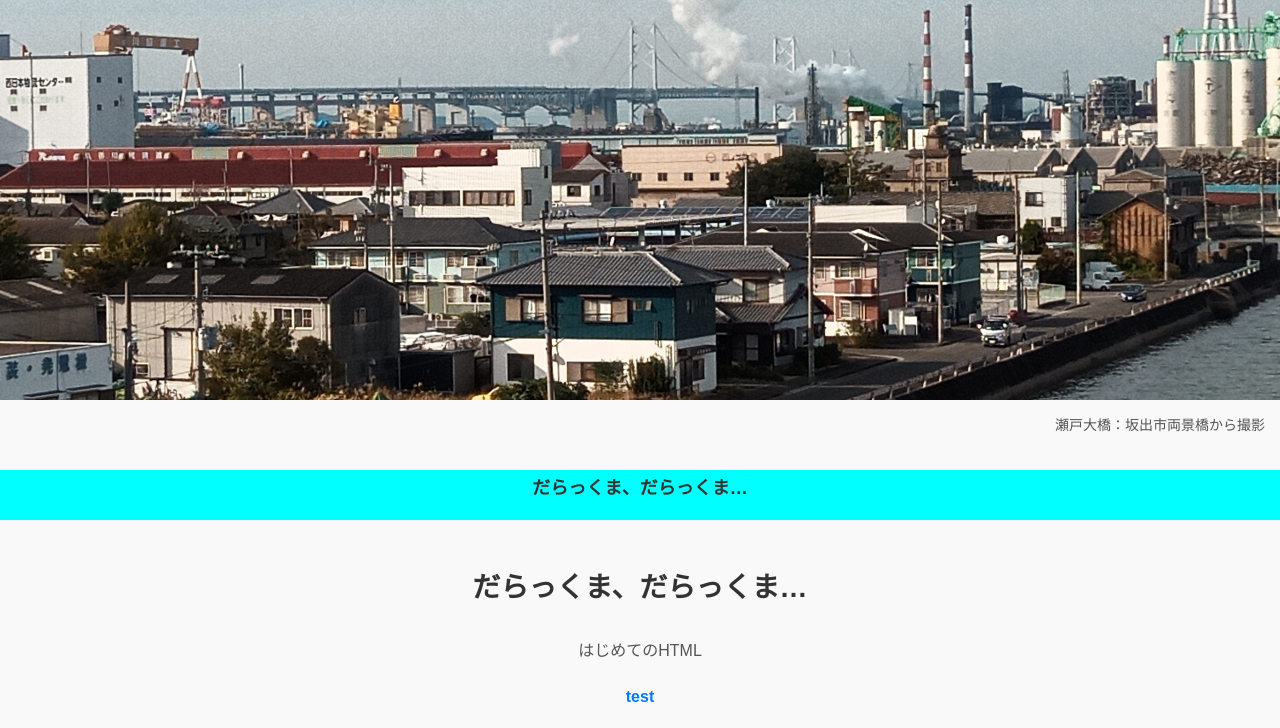
Repository: rydeen7907/html
Page: index.html
These files come from the project's save history. The page is drawn as it stood at one moment and after a run of saves; the edit follows.
The browser window is 1280 px wide. The pictures show the whole page.

Above is the page before, as saved 2025-04-26 18:12:30.

### index.html
<!DOCTYPE html>
<html lang="ja">
<head>
    <meta charset="UTF-8">
    <meta name="viewport" content="width=device-width, initial-scale=1.0">
    <title>だらっくまのサイト</title>
    <!-- スタイルシートの読み込み -->
    <link rel="stylesheet" href="style.css">
    <style>
        /* 基本的なスタイル */
        body {
                font-family: Arial, sans-serif;
                margin: 0;
                padding: 0;
                background-color: #f9f9f9;
                text-align: center;
        }
        /* ヘッダー画像 */
        .header-image {
            width: 100%;
            max-width: auto;
            height: 400px; /* width に合わせて高さを自動調整 */
            display: block; /* 中央配置 */
            margin: 0 auto; /* 中央配置 */
            object-fit: cover; /* 画像の比率を維持 */
        }

        /* 画像の説明文 */
        .image-caption {
            text-align: right; /* 右配置 */
            font-size: 14px; /* フォントサイズ */
            padding-right: 15px; /* 右側の余白 */
            color: #555; /* 文字色 */
            margin-top: 5px; /* 上部のマージン */
            margin-bottom: 25px; /* 下部のマージン */
        }

        /* メイン h1 */
        h1 {
            text-align: center; /* 中央配置 */
            color: #333; /* 文字色 */
            margin: 20px 0; /* 上下のマージン */
            margin-top: 40px; /* 上部のマージン */
            margin-bottom: 20px; /* 下部のマージン */
            font-size: 28px; /* フォントサイズ */
            font-weight: bold; /* 太字 */
        }

        /* 段落 p */
        p {
            text-align: center; /* 中央配置 */
            color: #555; /* 文字色 */
            font-size: 16px; /* フォントサイズ */
            margin: 10px 0; /* 上下のマージン */
            line-height: 30px; /* 行間 */
        }

        /* リンク a */
        a {
            color: #007BFF; /* リンクの色 */
            text-decoration: none; /* 下線を消す */
            font-size: 16px; /* フォントサイズ */
            font-weight: bold; /* 太字 */
            margin-top: 15px; /* 上マージン */
            margin-bottom: 15px; /* 下マージン */
            display: block; /* ブロック要素にして中央配置 */
            text-align: center; /* 中央配置 */
            transition: color 0.3s; /* 色の変化を滑らかに */

        }
        a:hover,
        a:focus {
            color: #0056b3; /* ホバー時の色 */
            text-decoration: underline; /* ホバー時の下線 */
        }
    </style>
</head>
<body>
    <!-- ヘッダー画像の挿入 -->
    <img src="./image/ryokeibridge.jpg" alt="Header Image" class="header-image">
    <!-- 画像の説明文 -->
    <p class="image-caption">瀬戸大橋：坂出市両景橋から撮影</p>
    <!-- スクロールテキストコンテナ -->
    <div class="scroll-text-container">
        <class="scroll-text">だらっくま、だらっくま…</div>

    <!-- brタグはcssのマージンで代用 -->
    <h1>だらっくま、だらっくま…</h1>
    <p>はじめてのHTML</p>
    <a href="test.html">test</a>
</body>
</html>

### style.css
/* 基本的なスタイル */
body {
    font-family: Arial, sans-serif;
    line-height: 2.0; /* 行間を読みやすく調整 (例：2.0倍 px,%,emでも可能) */
    margin: 0; /* ブラウザデフォルトのマージンをリセット */
    padding: 0; /* ブラウザデフォルトのパディングをリセット */
    background-color: #f4f4f4; /* 背景色を薄いグレーに設定 */
    color: #333; /* 文字色を濃いグレーに設定 */
    padding-bottom: 50px; /* ページ下部のパディングを追加 */
}

/* ヘッダーのスタイル */
.header-image {
    width: 100%;
    /* max-width: auto; は width: 100%; があれば不要 */
    height: 400px;
    display: block; /* 中央配置のためブロック要素に */
    margin: 0 auto; /* 上下のマージンは０、左右は自動で中央揃え */
    object-fit: cover; /* 画像のアスペクト比を維持、要素に合わせる */
}

/* 画像の説明文 */
.image-caption {
    text-align: right; /* 右寄せ */
    font-size: 14px; /* フォントサイズを小さく */
    padding: 5px 15px; /* 上下のパディングと左右のパディングを追加 */
    color: #555; /* 文字色を薄いグレーに */
    margin-top:\ 5px; /* 上部のマージンを追加 */
    margin-bottom: 25px; /* 下部のマージンを追加 */
}

/* メインコンテンツのスタイル */
.h1 {
    text-align: center; /* 中央配置 */
    color: #333; /* 文字色を濃いグレーに */
    margin: 20px 0; /* 上下のマージンを追加 */
    margin-top: 40px; /* 上部のマージンを追加 */
    margin-bottom: 20px; /* 下部のマージンを追加 */
    font-size: 28px; /* フォントサイズ */
    font-weight: bold; /* 太字に設定 */
}

/* スクロールテキストコンテナ */
.scroll-text-container {
    width: 100%; /* 幅を100%に設定 */
    height: 50px; /* 高さを50pxに設定 */
    overflow: hidden; /* はみ出た部分を隠す */
    white-space: nowrap; /* 文字を折り返さない */
    box-sizing: border-box; /* パディングとボーダーを含めたサイズ計算 */
    position: relative; /* 相対位置に設定 */
    background-color: aqua; /* 背景色をアクアに設定 */
    margin-top: 20px; /* 上部のマージンを追加 */
    margin-bottom: 20px; /* 下部のマージンを追加 */
    text-align: center; /* 中央配置 */
    font-size: 18px; /* フォントサイズ */
    font-weight: bold; /* 太字に設定 */
    color: #333; /* 文字色を濃いグレーに */
}

/* スクロールテキスト */
.scrolling-text {
    display: inline-block; /* インラインブロック要素に設定 */
    padding-left: 100%; /* 左側にパディングを追加 */
    position: absolute; /* 絶対位置に設定 */
    width: 100%; /* 幅を100%に設定 */
    height: 50px; /* 高さを50pxに設定 */
    top: 0; /* 上端に配置 */
    left: 0; /* 左端に配置 */
    animation: scroll-text-animation 10s linear infinite; /* アニメーションを適用 */
    font-size: 18px; /* フォントサイズ */
    font-weight: bold; /* 太字に設定 */
    margin: 0; /* コンテナ内でのマージンを削除 */
}

/* スクロールアニメーションの定義 */
@keyframes scroll-left {
    0% {
        transform: translateX(0); /* 開始位置 */
    }
    100% {
        /* テキスト自身の幅だけ左に移動させる */
        transform: translateX(-100%);
    }
}


/* 段落 p */
p {
    text-align: center; /* 中央配置 */
    margin-top: 25px; /* 上下のマージンを追加 */
    margin-bottom: 25px;
    font-size: 16px; /* フォントサイズ */
}

/* リンク a */
a {
    text-decoration: none; /* 下線を削除 */
    color: #ff0000; /* 文字色を赤に */
    display: block;
    text-align: center; /* 左寄せ */
    margin-top: 10px; /* 上部のマージンを追加 */
    margin-bottom: 10px; /* 下部のマージンを追加 */
    font-size: 16px; /* フォントサイズ */
    font-weight: bold; /* 太字に設定 */
    transition: color 0.3s; /* ホバー時の色変更にトランジションを追加 */
}

/* ホバー時のスタイル */
a:hover,
a:focus { /* ホバーとフォーカス時に適用するスタイル */
    text-decoration: underline; /* 下線を追加 */
    color: #ff8000; /* ホバー時の文字色をオレンジに変更 */
}

After the next 2 saves:
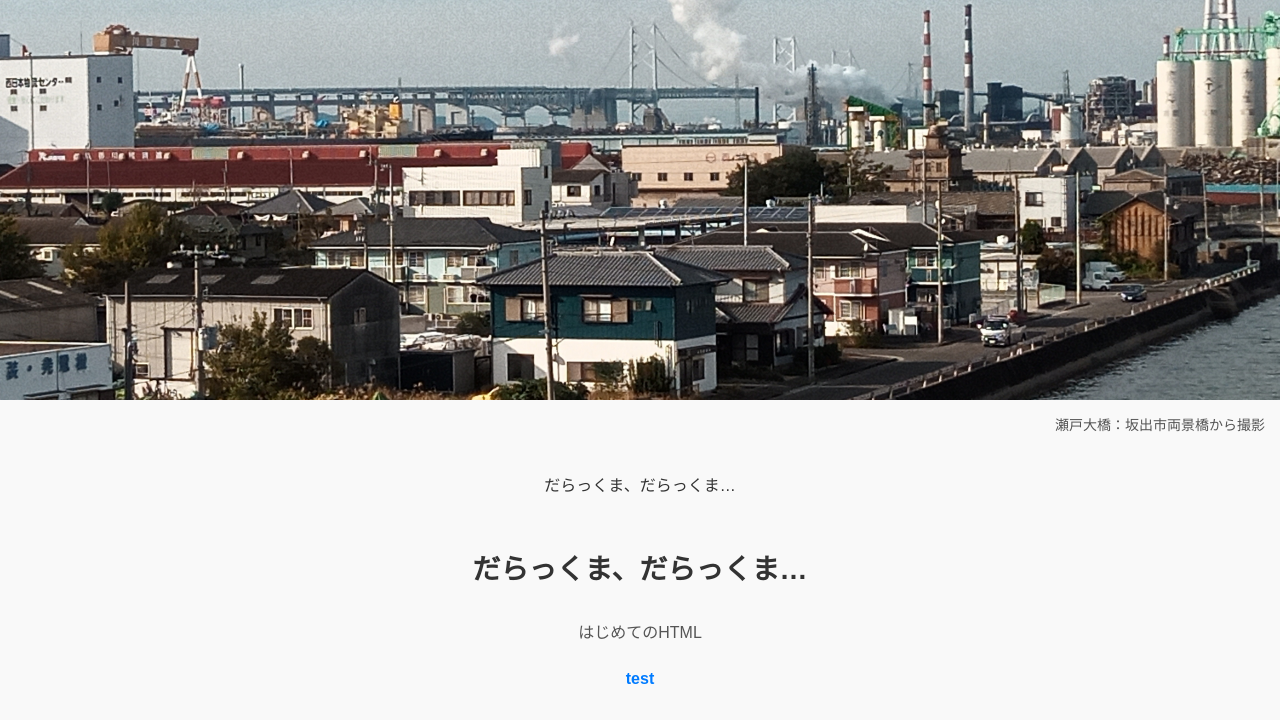
The 2 saves are shown as one change because they came seconds apart.
The last was saved 8 s later.
--- a/index.html
+++ b/index.html
@@ -81,8 +81,8 @@
     <!-- 画像の説明文 -->
     <p class="image-caption">瀬戸大橋：坂出市両景橋から撮影</p>
     <!-- スクロールテキストコンテナ -->
-    <div class="scroll-text-container">
-        <class="scroll-text">だらっくま、だらっくま…</div>
+    <div class="scrolling-text-container">
+        <class="scrolling-text">だらっくま、だらっくま…</div>
 
     <!-- brタグはcssのマージンで代用 -->
     <h1>だらっくま、だらっくま…</h1>

After the save that followed:
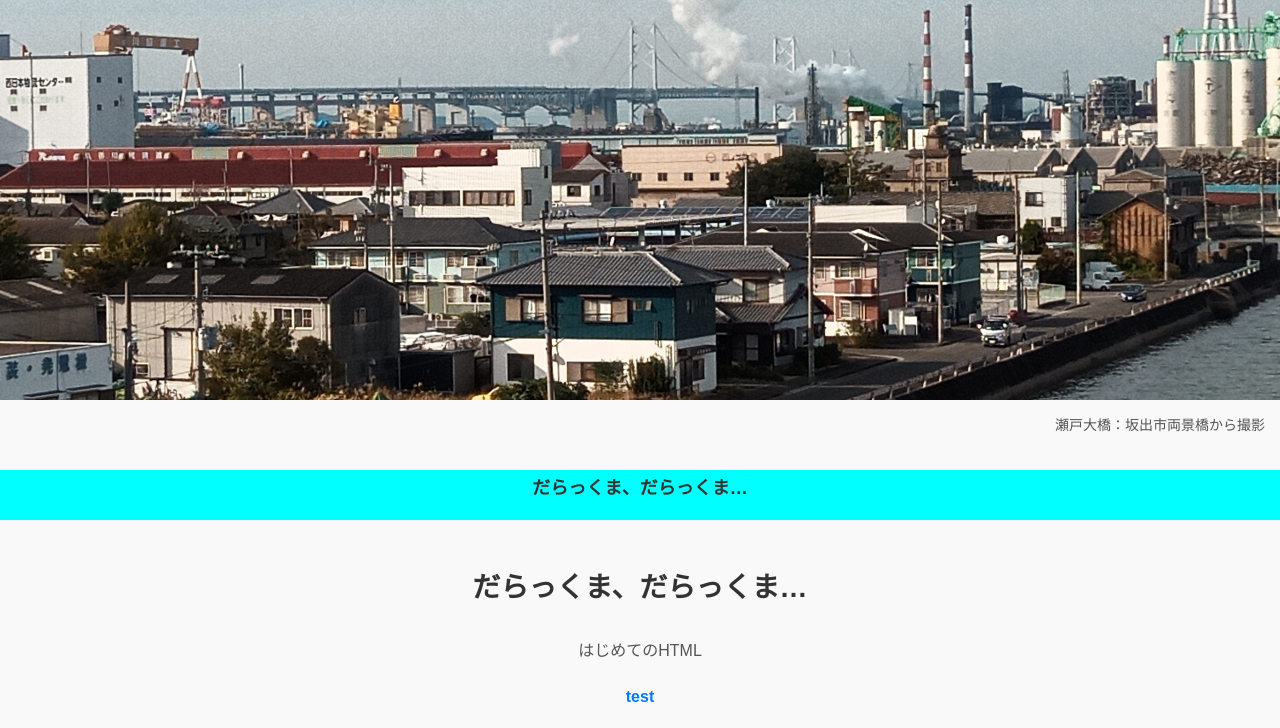
Saved 55 s later.
--- a/style.css
+++ b/style.css
@@ -41,7 +41,7 @@ body {
 }
 
 /* スクロールテキストコンテナ */
-.scroll-text-container {
+.scrolling-text-container {
     width: 100%; /* 幅を100%に設定 */
     height: 50px; /* 高さを50pxに設定 */
     overflow: hidden; /* はみ出た部分を隠す */
